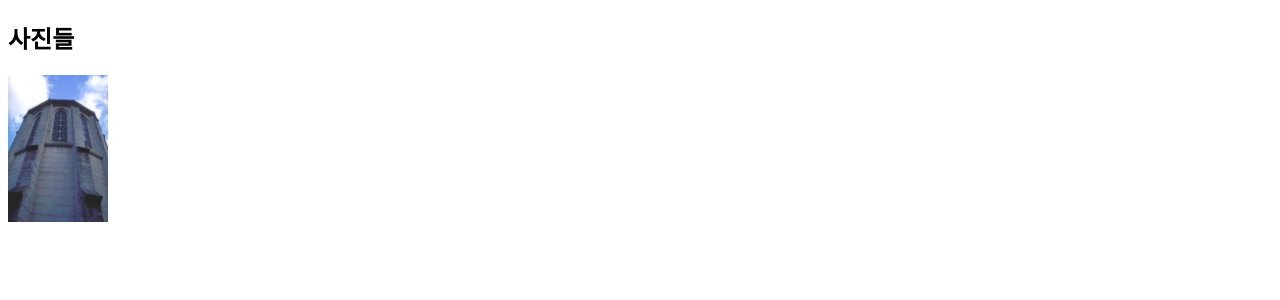
Repository: jeongho97/JQuery
Page: JQuery기본2/WebContent/예제2.html
The author's editor kept a copy of each file at every save. The page is drawn from the files as they stood at one save, then again after the next save.
The browser window is 1280 px wide. The pictures show the whole page.

Above is the page before, as saved 2022-05-13 03:35:56.

After the next save:
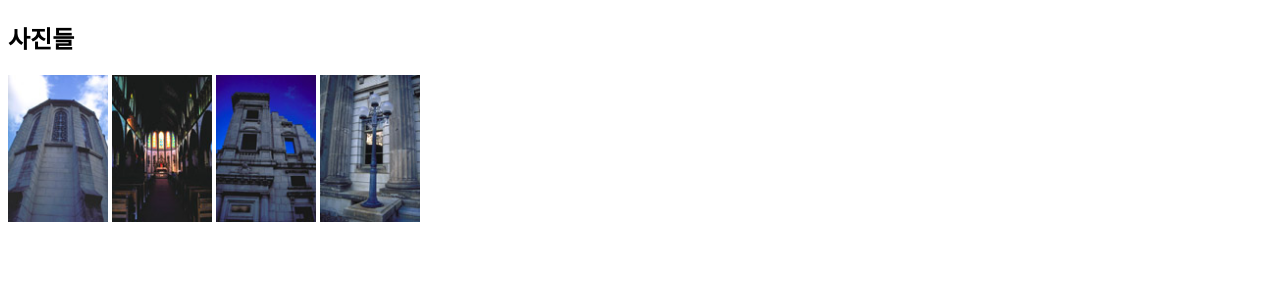
Saved 17 s later.
--- a/JQuery기본2/WebContent/예제2.html
+++ b/JQuery기본2/WebContent/예제2.html
@@ -8,6 +8,9 @@
 <body>
 <h2>사진들</h2>
 <img alt="" src="./images/img01.jpg" id="pic" width="100">
+<img alt="" src="./images/img02.jpg" id="pic" width="100">
+<img alt="" src="./images/img03.jpg" id="pic" width="100">
+<img alt="" src="./images/img04.jpg" id="pic" width="100">
 
 </body>
 </html>
